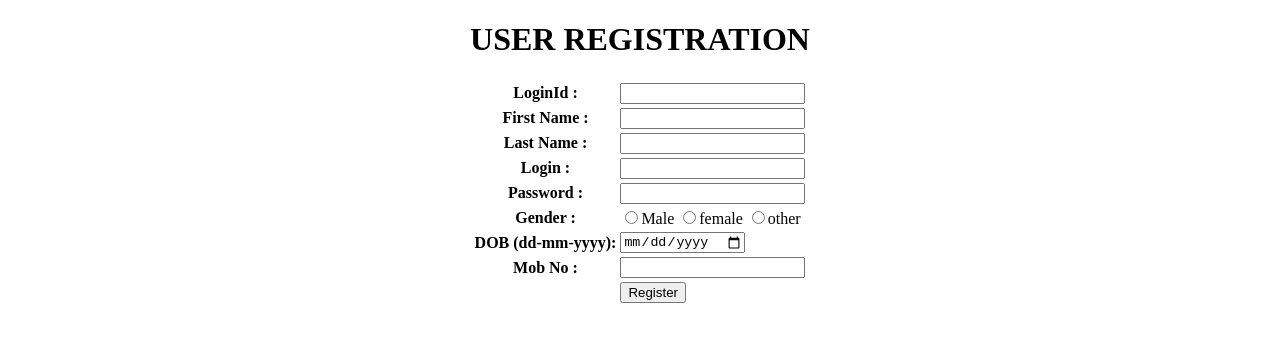
Repository: sachinmandloi1921/AdvanceJava
Page: http://localhost/Advance_Maven/RegView.jsp
An editor plug-in stored every save of this project. The page is shown before and after the next save, followed by the edit.
The browser window is 1280 px wide. The pictures show the whole page.
The page is served by Tomcat 9.

Above is the page before, as saved 2022-07-09 11:20:44.

After the next save:
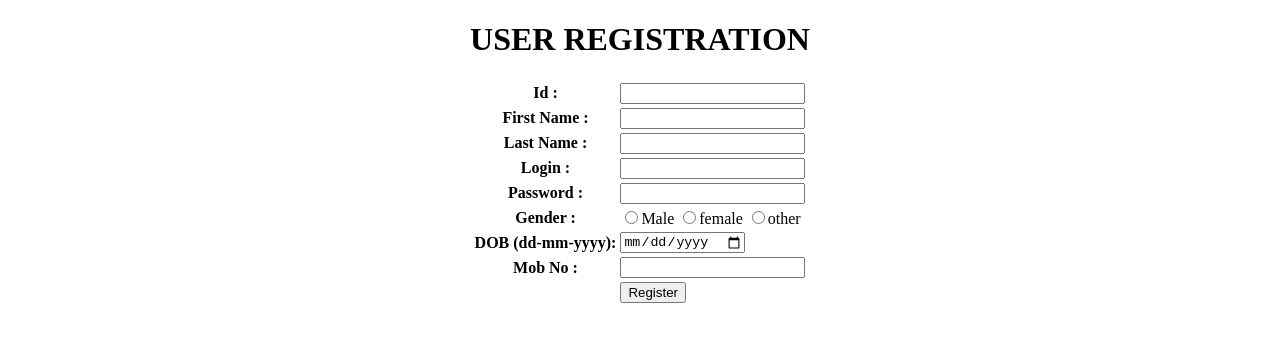
Saved 89 s later.
--- a/Advance Workspace/Advance_Maven/src/main/webapp/RegView.jsp
+++ b/Advance Workspace/Advance_Maven/src/main/webapp/RegView.jsp
@@ -13,8 +13,8 @@
 			<h1>USER REGISTRATION</h1>
 			<table>
 			<tr>
-					<th>LoginId :</th>
-					<td><input type="text" name="Loginid"></td>
+					<th>Id :</th>
+					<td><input type="text" name="id"></td>
 				</tr>
 				<tr>
 					<th>First Name :</th>
